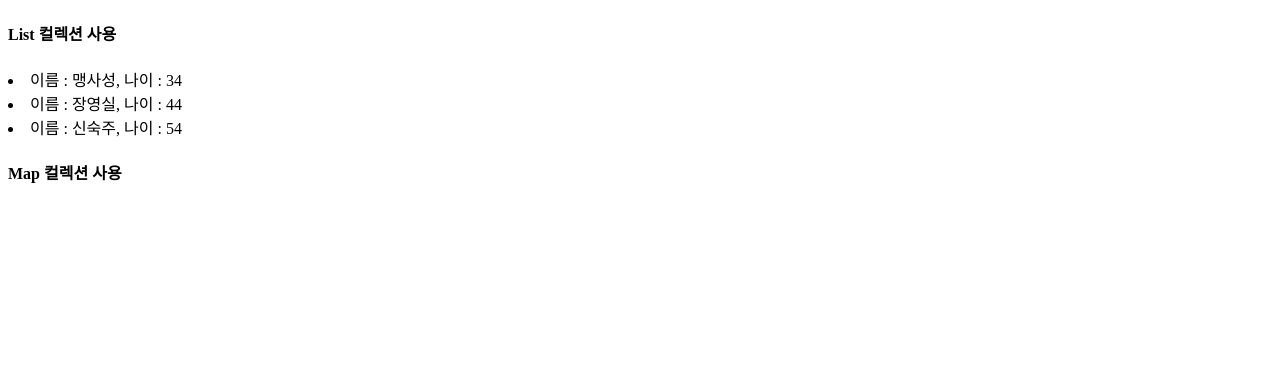
Repository: SteelIndustry/neo
Page: http://localhost/HelloWorld/11JSTL/core/ForEachExtend2.jsp
These files come from the project's save history. The page is drawn as it stood at one moment and after the next save; the edit follows.
The browser window is 1280 px wide. The pictures show the whole page.
The page is served by Tomcat 9.

Above is the page before, as saved 2022-09-09 10:44:43.

After the next save:
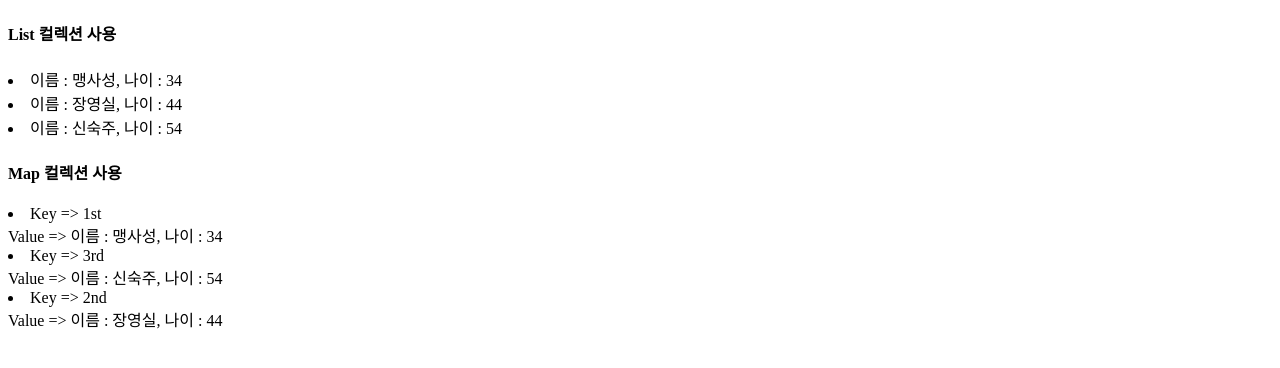
Saved 87 s later.
--- a/WebJSP/HelloWorld/WebContent/11JSTL/core/ForEachExtend2.jsp
+++ b/WebJSP/HelloWorld/WebContent/11JSTL/core/ForEachExtend2.jsp
@@ -36,5 +36,12 @@
 	maps.put("3rd", new Person("신숙주", 54));
 	%>
 
+	<c:set var="maps" value="<%=maps %>"/>
+	<c:forEach items="${maps }" var="map">
+		<li>Key => ${map.key } <br />
+			Value => 이름 : ${map.value.name }, 나이 : ${ map.value.age }
+		</li>
+	</c:forEach>
+
 </body>
 </html>
